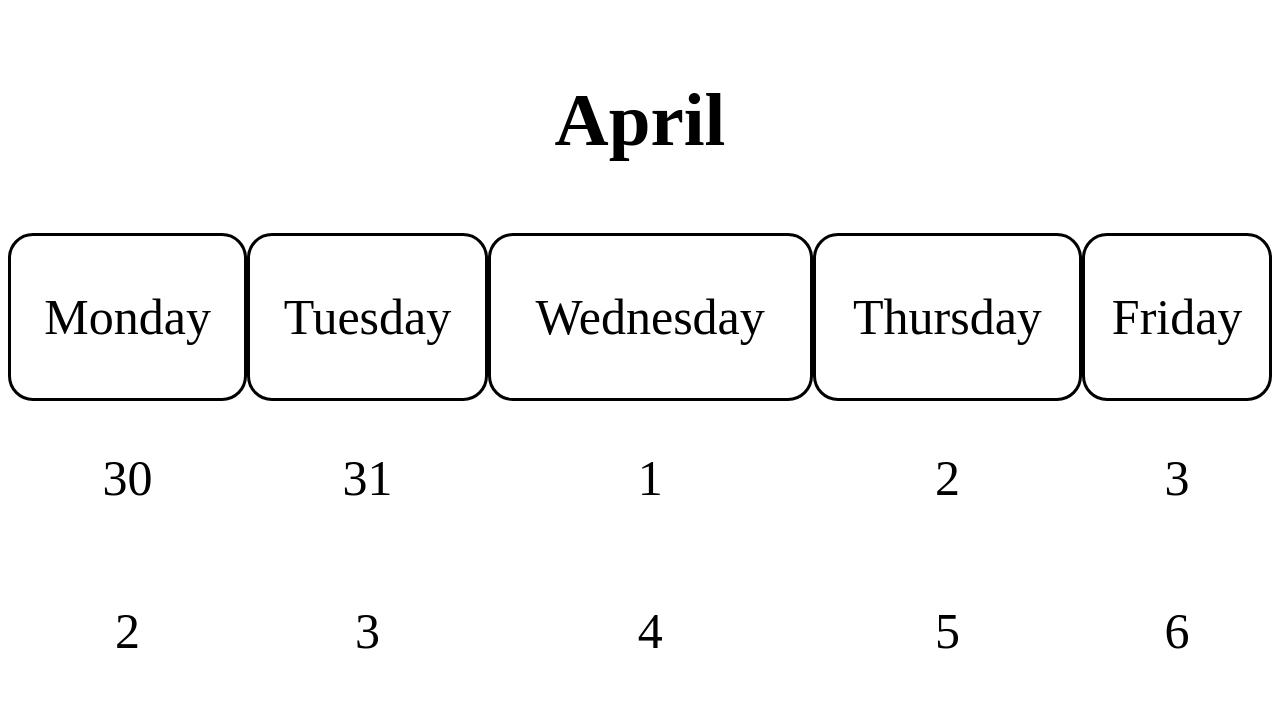
Repository: shleewhite/missionBitCalendar
Page: views/apr.html
The author's editor kept a record of every edit. The page is drawn from the files as they stood at one moment, then again after the next edit.
The browser window is 1280 px wide. The pictures show the whole page.

Above is the page before.

After the next edit:
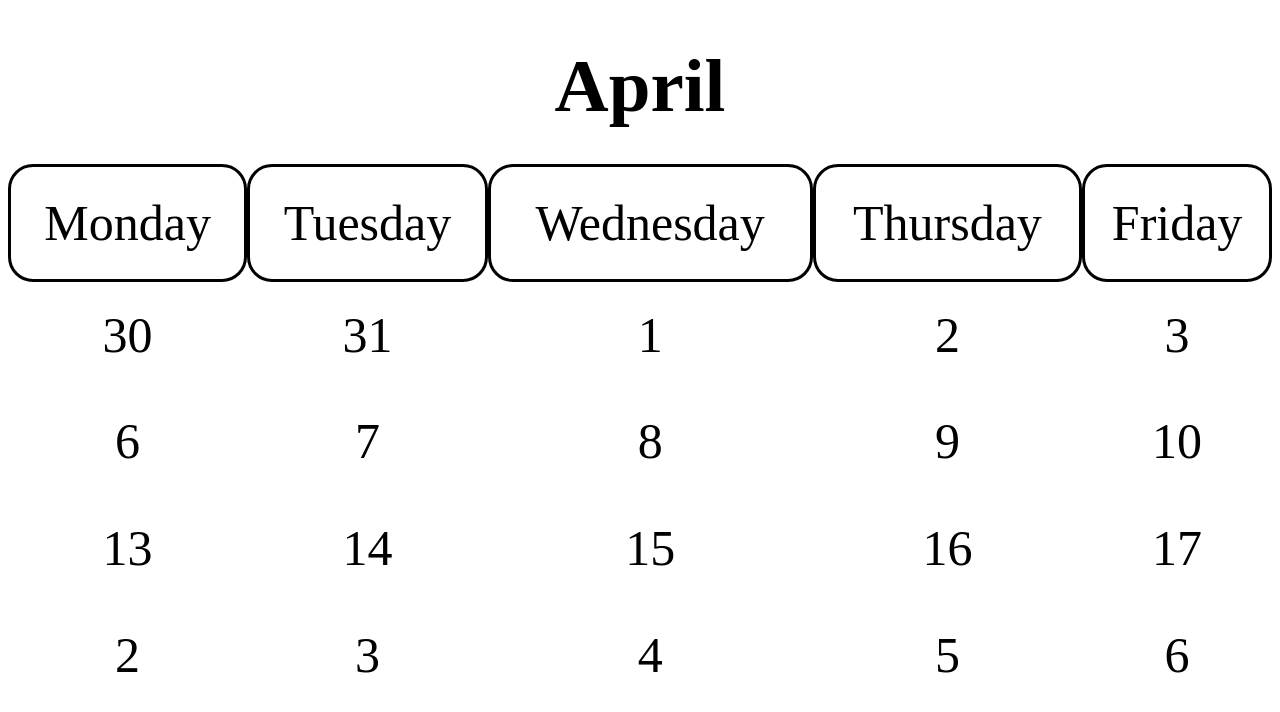
The edit:
--- a/views/apr.html
+++ b/views/apr.html
@@ -20,12 +20,27 @@
                 <td class="nums">3</td>
             </tr>
             <tr>
+                <td class="nums">6</td>
+                <td class="nums">7</td>
+                <td class="nums">8</td>
+                <td class="nums">9</td>
+                <td class="nums">10</td>
+            </tr>
+            <tr>
+                <td class="nums">13</td>
+                <td class="nums">14</td>
+                <td class="nums">15</td>
+                <td class="nums">16</td>
+                <td class="nums">17</td>
+            </tr>
+            <tr>
                 <td class="nums">2</td>
                 <td class="nums">3</td>
                 <td class="nums">4</td>
                 <td class="nums">5</td>
                 <td class="nums">6</td>
             </tr>
+
         </table>
     </body>
 </html>
